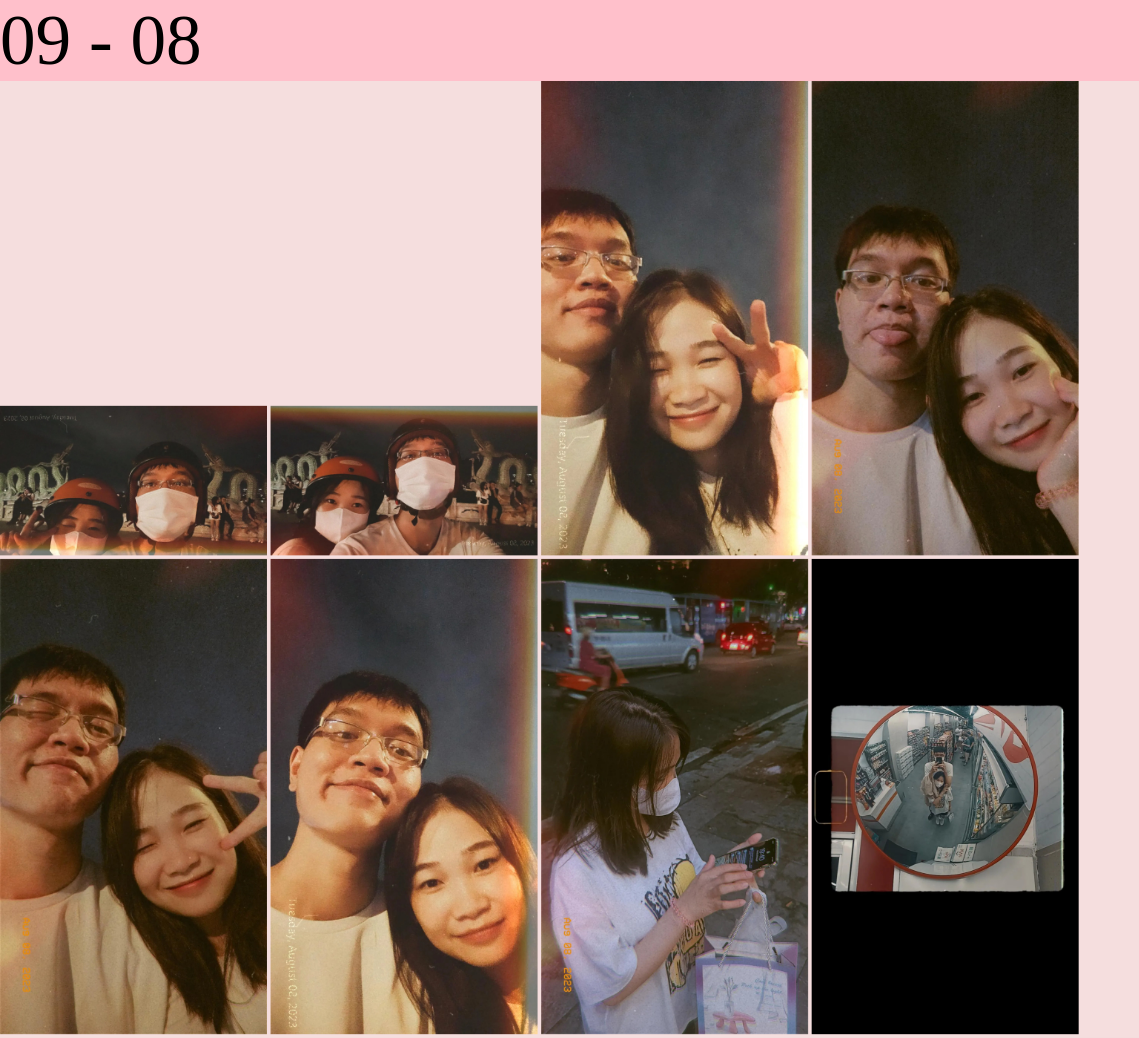
Repository: Hanhanh06/0907
Page: code/0908.html
These files come from the project's save history. The page is drawn as it stood at one moment and after a run of saves; the edit follows.
The browser window is 1280 px wide. The pictures show the whole page, at 89% of full size.

Above is the page before, as saved 2023-08-11 16:27:22.

### code/0908.html
<!DOCTYPE html>
<html lang="en">
<head>
    <meta charset="UTF-8">
    <meta name="viewport" content="width=device-width, initial-scale=1.0">
    <title>Document</title>
    <style>

    body{

      height: 100%;

   padding: 0;

   margin: 0;


   background: #f5dede;

 }

    </style>
</head>

        <head>

        </head>
        <body>

        <center></center>  <div style="background-color: pink; font-size: 80px; "> 09 - 08 </div>
       <img src="001.jpg" alt="Hình ảnh không tồn tại" width="300px" >
       <!-- <p style="color: crimson;font-size: 16px;"> đi Hồ Tây nè! </p> -->
       <img src="002.jpg" alt="Hình ảnh không tồn tại" width="300px">
       <!-- <p style="color: crimson;font-size: 16px;"> đi Hồ Tây nè!</p> -->
       <img src="003.jpg" alt="Hình ảnh không tồn tại" width="300px">
       <!-- <p style="color: crimson;font-size: 16px;">  đi Hồ Tây nè!</p> -->
       <img src="004.jpg" alt="Hình ảnh không tồn tại" width="300px">
       <!-- <p style="color: crimson;font-size: 16px;">  đi Hồ Tây nè! </p> -->
       <img src="005.jpg" alt="Hình ảnh không tồn tại" width="300px">
       <!-- <p style="color: crimson;font-size: 16px;">  đi Hồ Tây nè! </p> -->
       <img src="006.jpg" alt="Hình ảnh không tồn tại" width="300px" >
       <!-- <p style="color: crimson;font-size: 16px;">  đi Hồ Tây nè!</p> -->
       <img src="007.jpg" alt="Hình ảnh không tồn tại" width="300px">
       <!-- <p style="color: crimson;font-size: 16px;">  đi Hồ Tây nè!</p> -->
       <img src="008.jpg" alt="Hình ảnh không tồn tại" width="300px">
       <!-- <p style="color: crimson;font-size: 16px;">  đi Hồ Tây nè!</p> -->


</body>
</html>

After the next 2 saves:
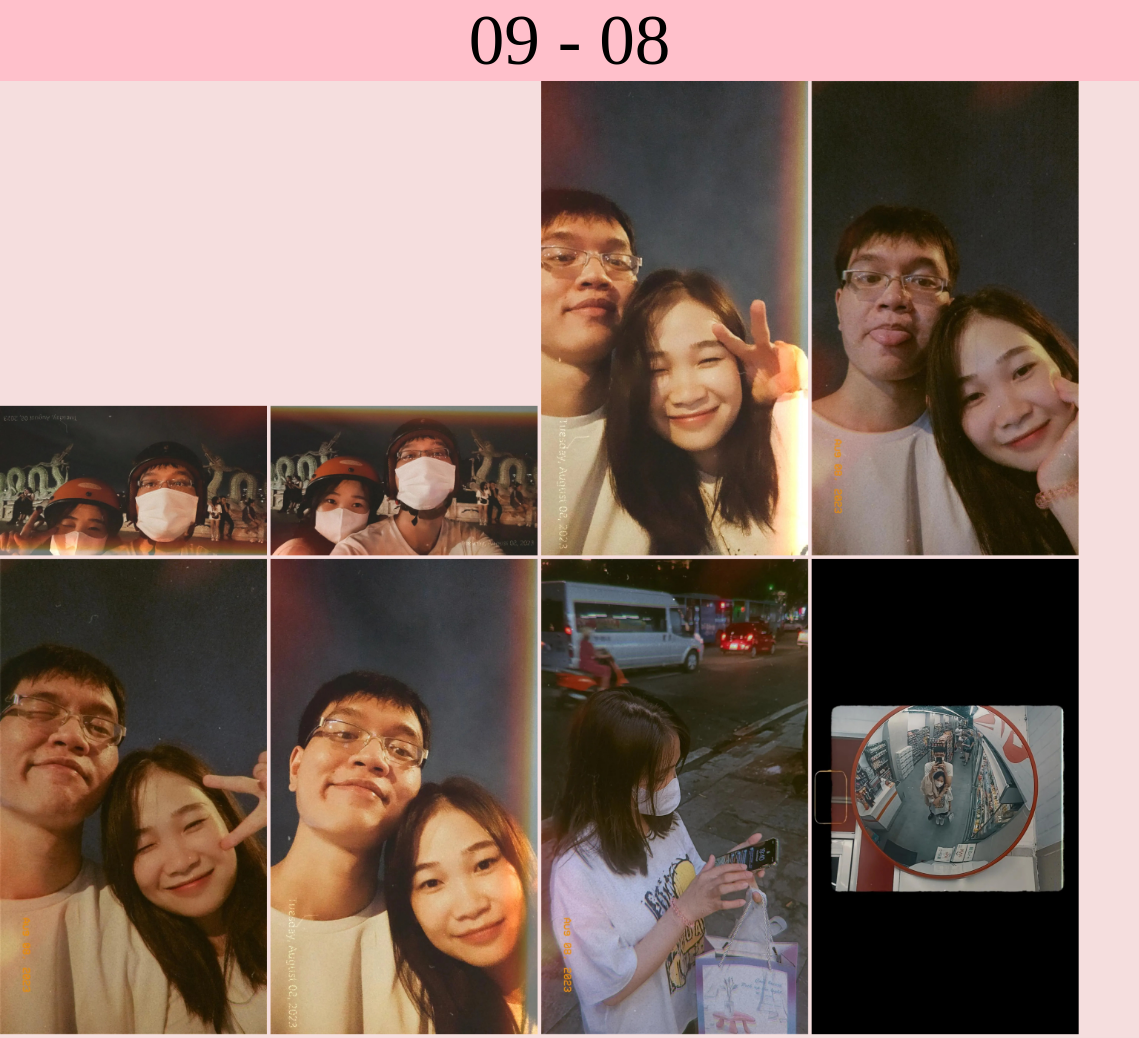
The 2 saves are shown as one change because they came seconds apart.
The last was saved 8 s later.
--- a/code/0908.html
+++ b/code/0908.html
@@ -27,7 +27,7 @@
         </head>
         <body>
 
-        <center></center>  <div style="background-color: pink; font-size: 80px; "> 09 - 08 </div>
+        <center> <div style="background-color: pink; font-size: 80px; "> 09 - 08 </div></center>
        <img src="001.jpg" alt="Hình ảnh không tồn tại" width="300px" >
        <!-- <p style="color: crimson;font-size: 16px;"> đi Hồ Tây nè! </p> -->
        <img src="002.jpg" alt="Hình ảnh không tồn tại" width="300px">
